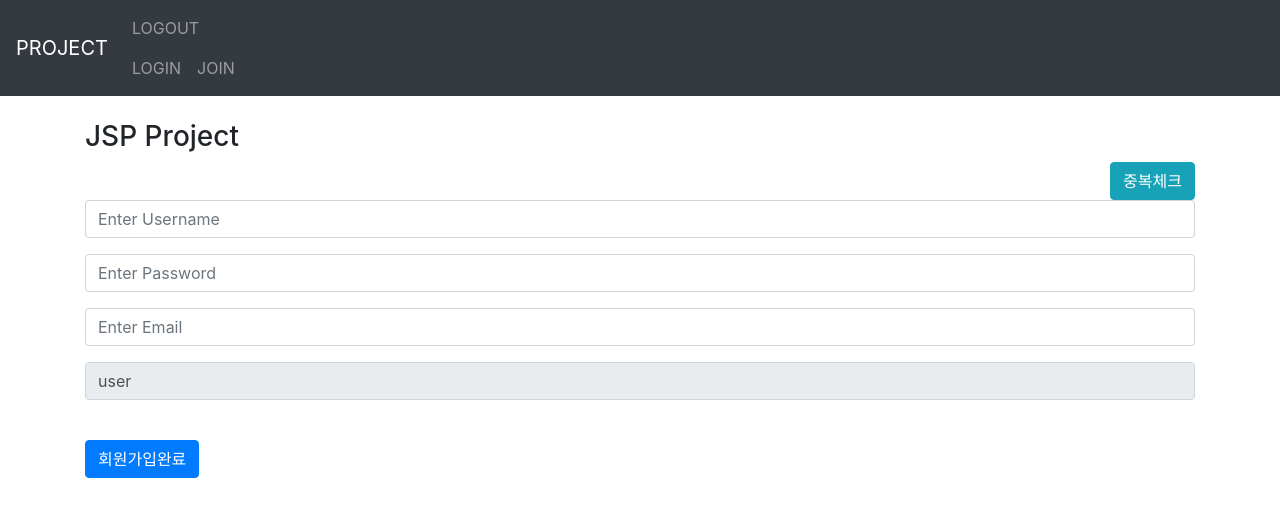
Repository: KuTaeMo/JSP-Project
Page: http://localhost/project/user/join.jsp
These files come from the project's save history. The page is drawn as it stood at one moment and after the next save; the edit follows.
The browser window is 1280 px wide. The pictures show the whole page.
The page is served by Tomcat 9. Other server files are loaded and not shown.

Above is the page before, as saved 2021-01-12 04:25:53.

### project/WebContent/user/join.jsp
<%@ page language="java" contentType="text/html; charset=UTF-8"
	pageEncoding="UTF-8"%>

<%@ include file="../layout/header.jsp"%>

<div class="container">
	<form action="/project/user?cmd=join" method="post"
		onsubmit="return valid()" >
		<div class="d-flex justify-content-end">
			<button type="button" class="btn btn-info" onClick="usernameCheck()">중복체크</button>
		</div>
		<div class="form-group">
			<input type="text" name="username" id="username" class="form-control"
				placeholder="Enter Username" required />
		</div>

		<div class="form-group">
			<input type="password" name="password" class="form-control"
				placeholder="Enter Password" required />
		</div>

		<div class="form-group">
			<input type="email" name="email" class="form-control"
				placeholder="Enter Email" required />
		</div>

		<div class="form-group">
			<input type="text" name="role" id="role" class="form-control"
				value="user" placeholder="Default role : USER" required readonly />
		</div>
		<br />
		<button type="submit" class="btn btn-primary">회원가입완료</button>
	</form>
</div>
<script>
	var isChecking = false; //중복체크 변수

	function valid() {
		if (isChecking == false) {
			alert("아이디 중복체크를 해주세요");
		}
		return isChecking;
	}
	function usernameCheck() {
		// DB에서 확인해서 정상이면 isChecking = true
		var username = $("#username").val();
		$.ajax({
			type : "POST",
			url : "/project/user?cmd=usernameCheck",
			data : username,
			contentType : "text/plain; charset=utf-8",
			dataType : "text" // 응답 받을 데이터의 타입을 적으면 자바스크립트 오브젝트로 파싱해줌.
		}).done(function(data) {
			if (data === 'ok') { // 유저네임 있다는 것
				isChecking = false; //false로 바꿔줘야 중복아닌 것 체크하고 나서 다시 체크할 때
									//검사가능
				alert('유저네임이 중복되었습니다.')
			} else {
				isChecking = true;
				$("#username").attr("readonly", "readonly");
				alert("해당 유저네임을 사용할 수 있습니다.")
			}
		});
	}
</script>
</body>
</html>

### project/WebContent/layout/header.jsp
<!DOCTYPE html>
<html lang="en">
<head>
<title>JSP Project</title>
<meta charset="utf-8">
<meta name="viewport" content="width=device-width, initial-scale=1">
<link rel="stylesheet"
	href="https://maxcdn.bootstrapcdn.com/bootstrap/4.5.2/css/bootstrap.min.css">
<script
	src="https://ajax.googleapis.com/ajax/libs/jquery/3.5.1/jquery.min.js"></script>
<script
	src="https://cdnjs.cloudflare.com/ajax/libs/popper.js/1.16.0/umd/popper.min.js"></script>
<script
	src="https://maxcdn.bootstrapcdn.com/bootstrap/4.5.2/js/bootstrap.min.js"></script>
</head>
<body>

	<nav class="navbar navbar-expand-md bg-dark navbar-dark">
		<a class="navbar-brand" href="<%=request.getContextPath()%>/index.jsp">PROJECT</a>
		<button class="navbar-toggler" type="button" data-toggle="collapse"
			data-target="#collapsibleNavbar">
			<span class="navbar-toggler-icon"></span>
		</button>

		<c:choose>
			<c:when test="${sessionScope.principal != null}">
				<div class="collapse navbar-collapse" id="collapsibleNavbar">
					<ul class="navbar-nav">
						<li class="nav-item"><a class="nav-link"
							href="<%=request.getContextPath()%>/user?cmd=logout">LOGOUT</a></li>
					</ul>
				</div>
			</c:when>
			<c:otherwise>
			<div class="collapse navbar-collapse" id="collapsibleNavbar">
					<ul class="navbar-nav">
						<li class="nav-item"><a class="nav-link"
							href="<%=request.getContextPath()%>/user?cmd=loginForm">LOGIN</a>
						</li>
						<li class="nav-item"><a class="nav-link"
							href="<%=request.getContextPath()%>/user?cmd=joinForm">JOIN</a></li>
					</ul>
				</div>

			</c:otherwise>
		</c:choose>
	</nav>

	<br>

	<div class="container">
		<h3>JSP Project</h3>

	</div>

</body>
</html>

After the next save:
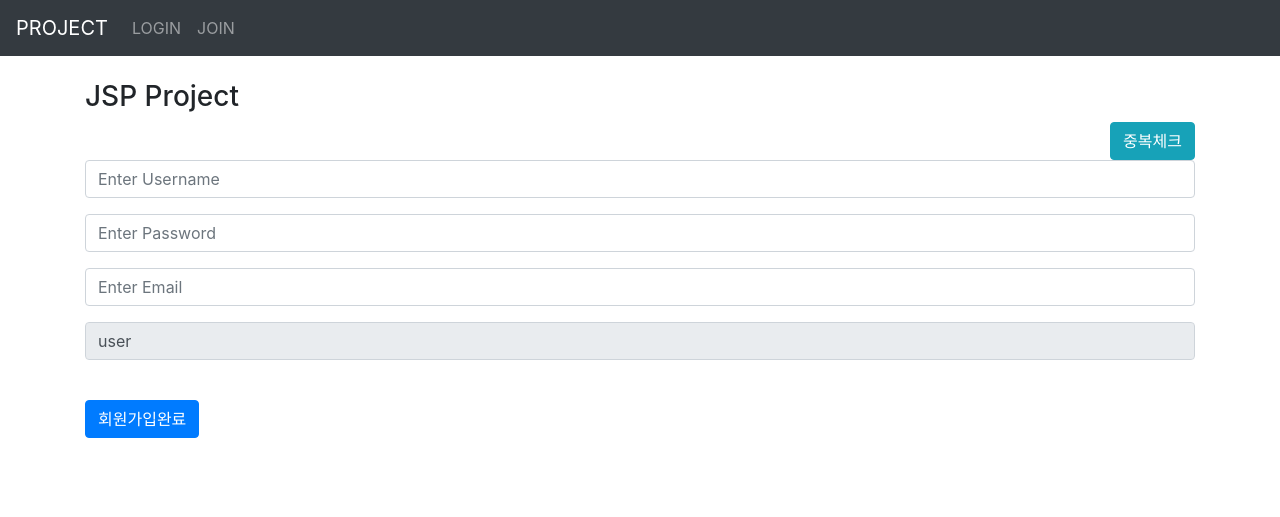
Saved 93 s later.
--- a/project/WebContent/layout/header.jsp
+++ b/project/WebContent/layout/header.jsp
@@ -1,3 +1,6 @@
+<%@ page language="java" contentType="text/html; charset=UTF-8"
+	pageEncoding="UTF-8"%>
+<%@ taglib prefix="c" uri="http://java.sun.com/jsp/jstl/core"%>
 <!DOCTYPE html>
 <html lang="en">
 <head>
